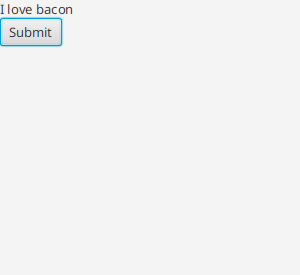
Repository: joegaBonito/JavaFX--JAVA-
Program's window: java 31,32,33 FXML/src/application/Main.java
The author's editor kept a copy of each file at every save. The program's window is drawn from the files as they stood at one save, then again after the next save.
It runs on Java 21 on a 1366 x 768 screen with JavaFX 11; the title bar is not drawn.

Above is the program's window before, as saved 2016-02-14 07:48:20.

### 31,32,33 FXML/src/application/Main.java
package application;

import javafx.application.Application;
import javafx.fxml.FXMLLoader;
import javafx.scene.Parent;
import javafx.scene.Scene;
import javafx.scene.layout.BorderPane;
import javafx.stage.Stage;


public class Main extends Application {
	public static void main(String[] args) {
		launch(args);
	}
	@Override
	public void start(Stage primaryStage) {
		try {
			Parent root = FXMLLoader.load(getClass().getResource("sample.fxml"));
			primaryStage.setTitle("Hello World");
			primaryStage.setScene(new Scene(root,300,275));
			primaryStage.show();
		} catch(Exception e) {
	 		e.printStackTrace();
		}
	}
}

### 31,32,33 FXML/src/application/Controller.java
package application;

public class Controller {

}

### 31,32,33 FXML/src/application/sample.fxml
<?xml version="1.0" encoding="UTF-8"?>
<?import javafx.scene.control.*?>
<?import javafx.scene.layout.*?>

<VBox prefHeight="400.0" prefWidth="600.0" xmlns="http://javafx.com/javafx/8" xmlns:fx="http://javafx.com/fxml"
      fx:controller="application.Controller">

    <Label text="I love bacon"/>
    <Button text="Submit"/>

</VBox>

After the next save:
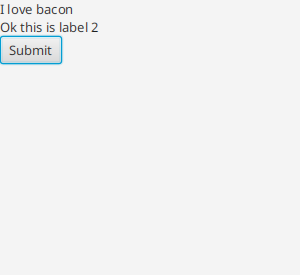
Saved 20 h 56 min later.
--- a/31,32,33 FXML/src/application/sample.fxml
+++ b/31,32,33 FXML/src/application/sample.fxml
@@ -6,6 +6,9 @@
       fx:controller="application.Controller">
 
     <Label text="I love bacon"/>
+    <Label>
+    	<text>Ok this is label 2</text>
+    </Label>
     <Button text="Submit"/>
 
 </VBox>

After the save that followed:
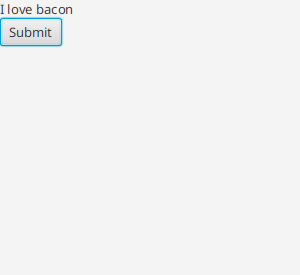
Saved 31 s later.
--- a/31,32,33 FXML/src/application/sample.fxml
+++ b/31,32,33 FXML/src/application/sample.fxml
@@ -6,9 +6,6 @@
       fx:controller="application.Controller">
 
     <Label text="I love bacon"/>
-    <Label>
-    	<text>Ok this is label 2</text>
-    </Label>
     <Button text="Submit"/>
 
 </VBox>
